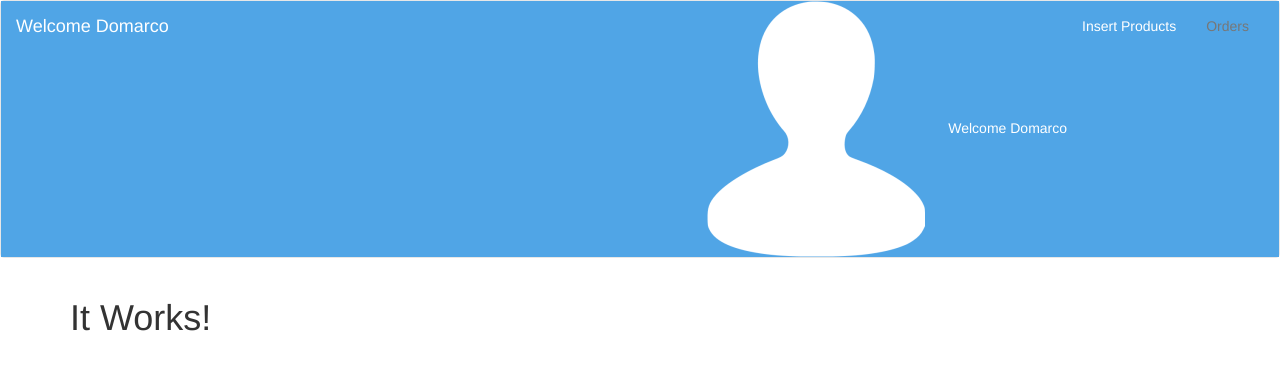
Repository: PrestasiBengis/PBO2-FinalProject
Page: http://localhost/FinalProject_-_Sistem_SKKM/MainFrame.jsp
An editor plug-in stored every save of this project. The page is shown before and after the next save, followed by the edit.
The browser window is 1280 px wide. The pictures show the whole page.
The page is served by Tomcat 9. Other server files are loaded and not shown.

Above is the page before, as saved 2015-05-22 10:27:34.

### FinalProject - Sistem SKKM/WebContent/MainFrame.jsp
<%@ page language="java" contentType="text/html; charset=ISO-8859-1"
    pageEncoding="ISO-8859-1"%>
<%@ page import = "com.fantastic5.skkmprogram.*" %>


<!DOCTYPE html PUBLIC "-//W3C//DTD HTML 4.01 Transitional//EN" "http://www.w3.org/TR/html4/loose.dtd">
<html lang="en">
  <head>
    <meta charset="utf-8">
    <meta http-equiv="X-UA-Compatible" content="IE=edge">
    <meta name="viewport" content="width=device-width, initial-scale=1">
    <!-- The above 3 meta tags *must* come first in the head; any other head content must come *after* these tags -->
    <title>Products - IF532 JSP</title>

    <!-- Bootstrap -->
    <link href="css/bootstrap.min.css" rel="stylesheet">
	<link href="css/dataTables.bootstrap.css" rel="stylesheet">

    <!-- HTML5 shim and Respond.js for IE8 support of HTML5 elements and media queries -->
    <!-- WARNING: Respond.js doesn't work if you view the page via file:// -->
    <!--[if lt IE 9]>
      <script src="https://oss.maxcdn.com/html5shiv/3.7.2/html5shiv.min.js"></script>
      <script src="https://oss.maxcdn.com/respond/1.4.2/respond.min.js"></script>
    <![endif]-->

	<!-- jQuery (necessary for Bootstrap's JavaScript plugins) -->
    <script src="js/jquery-1.11.3.min.js"></script>
    <!-- Include all compiled plugins (below), or include individual files as needed -->
    <script src="js/bootstrap.min.js"></script>
	<script src="js/jquery.dataTables.min.js"></script>
	<script src="js/dataTables.bootstrap.js"></script>

	<style type="text/css">
		body { font-size: 140%; }

		#header{
			background: #50A5E6;
			color: #fff;
		}
	</style>



  </head>

  <body>
	<nav class="navbar navbar-default">
		<div class="container-fluid" id="header">
			<!-- Brand and toggle get grouped for better mobile display -->
			<div class="navbar-header">
			  <button type="button" class="navbar-toggle collapsed" data-toggle="collapse" data-target="#bs-example-navbar-collapse-1">
				<span class="sr-only">Toggle navigation</span>
				<span class="icon-bar"></span>
				<span class="icon-bar"></span>
				<span class="icon-bar"></span>
			  </button>
			  <a class="navbar-brand" href="#" style="color: white;">Welcome Domarco</a>
			</div>

			<!-- Collect the nav links, forms, and other content for toggling -->
			<div class="collapse navbar-collapse" id="bs-example-navbar-collapse-1" >
			  <ul class="nav navbar-nav navbar-right" >
				<li class="active">
					<img src="./icon/contacts.png"> Welcome Domarco
				</li>
				<li>
					<a href="#" style="color: white;">Insert Products</a>
				</li>
				<li>
					<a href="#" >Orders<span class="sr-only">(current)</span></a>
				</li>
			  </ul>
			</div><!-- /.navbar-collapse -->
		</div><!-- /.container-fluid -->
	</nav>

	<script type="text/javascript">
		$(document).ready(function() {
			$('#example').dataTable();
		} );
	</script>

	<div class="container">

		<h1> It Works!</h1>
	</div>


  </body>
</html>

Loaded but not shown: FinalProject - Sistem SKKM/WebContent/css/bootstrap.min.css (library); FinalProject - Sistem SKKM/WebContent/css/dataTables.bootstrap.css (common file); FinalProject - Sistem SKKM/WebContent/js/jquery-1.11.3.min.js (library); FinalProject - Sistem SKKM/WebContent/js/bootstrap.min.js (library); FinalProject - Sistem SKKM/WebContent/js/jquery.dataTables.min.js (library); FinalProject - Sistem SKKM/WebContent/js/dataTables.bootstrap.js (common file)

After the next save:
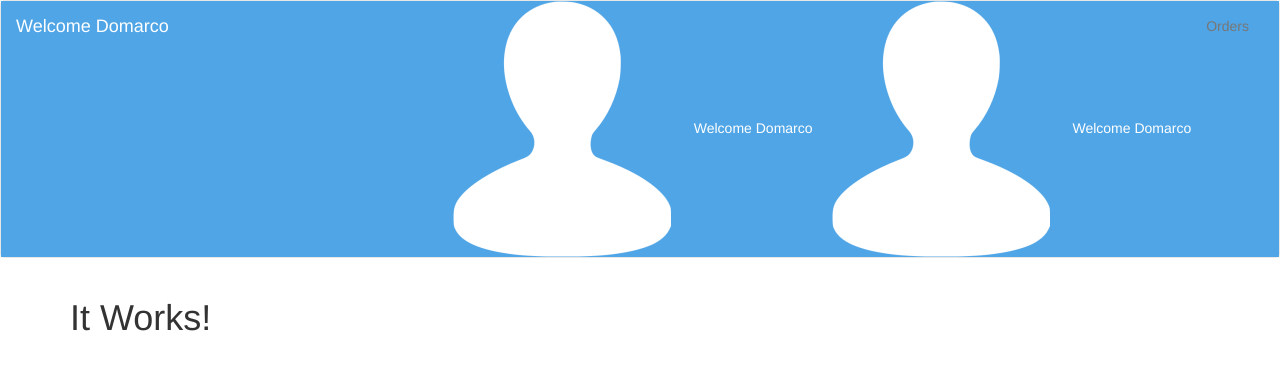
Saved 72 s later.
--- a/FinalProject - Sistem SKKM/WebContent/MainFrame.jsp
+++ b/FinalProject - Sistem SKKM/WebContent/MainFrame.jsp
@@ -64,7 +64,7 @@
 					<img src="./icon/contacts.png"> Welcome Domarco
 				</li>
 				<li>
-					<a href="#" style="color: white;">Insert Products</a>
+					<img src="./icon/contacts.png"> Welcome Domarco
 				</li>
 				<li>
 					<a href="#" >Orders<span class="sr-only">(current)</span></a>
